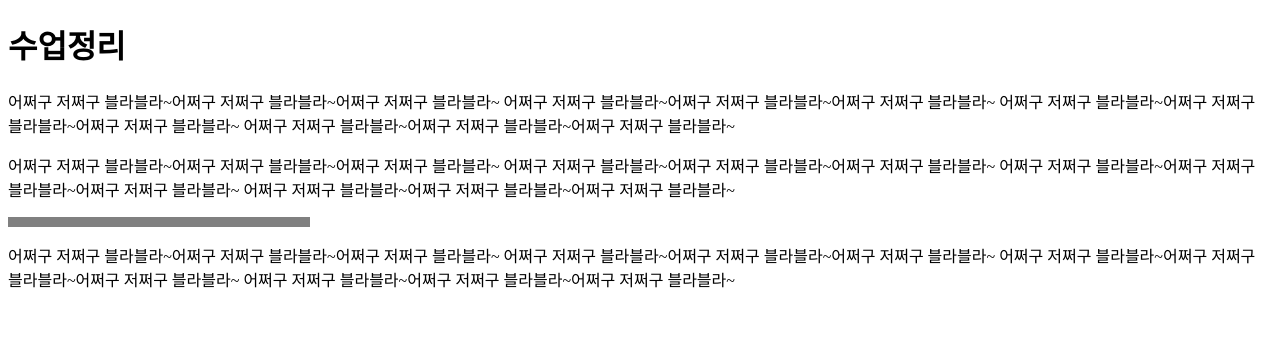
Repository: sujin9335/Front-end
Page: ClientTest/src/main/webapp/html/ex08_hr.html
An editor plug-in stored every save of this project. The page is shown before and after the next save, followed by the edit.
The browser window is 1280 px wide. The pictures show the whole page.

Above is the page before, as saved 2023-09-20 01:22:51.

After the next save:
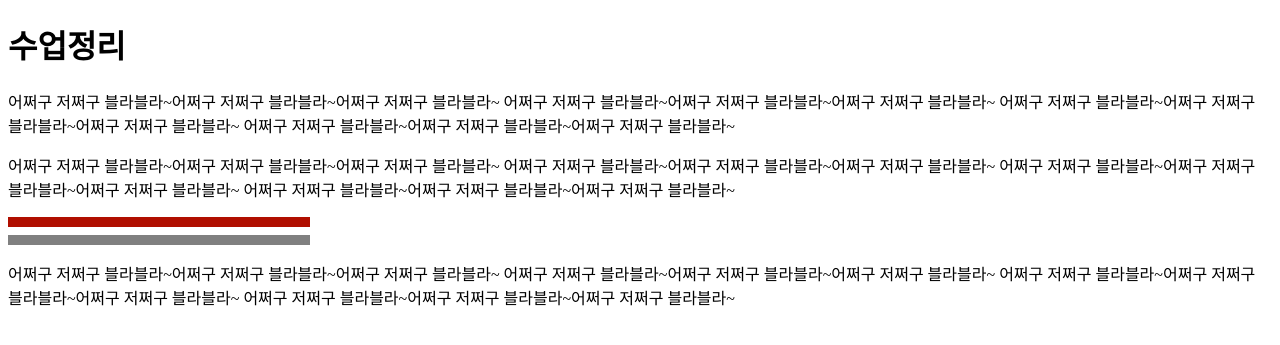
Saved 60 s later.
--- a/ClientTest/src/main/webapp/html/ex08_hr.html
+++ b/ClientTest/src/main/webapp/html/ex08_hr.html
@@ -61,6 +61,7 @@
 	어쩌구 저쩌구 블라블라~어쩌구 저쩌구 블라블라~어쩌구 저쩌구 블라블라~
 	어쩌구 저쩌구 블라블라~어쩌구 저쩌구 블라블라~어쩌구 저쩌구 블라블라~</p>
 
+	<hr size="10" width="300" align="left" color="bule">
 	<hr size="10" width="300" align="left" noshade>
 
 	<p>어쩌구 저쩌구 블라블라~어쩌구 저쩌구 블라블라~어쩌구 저쩌구 블라블라~
